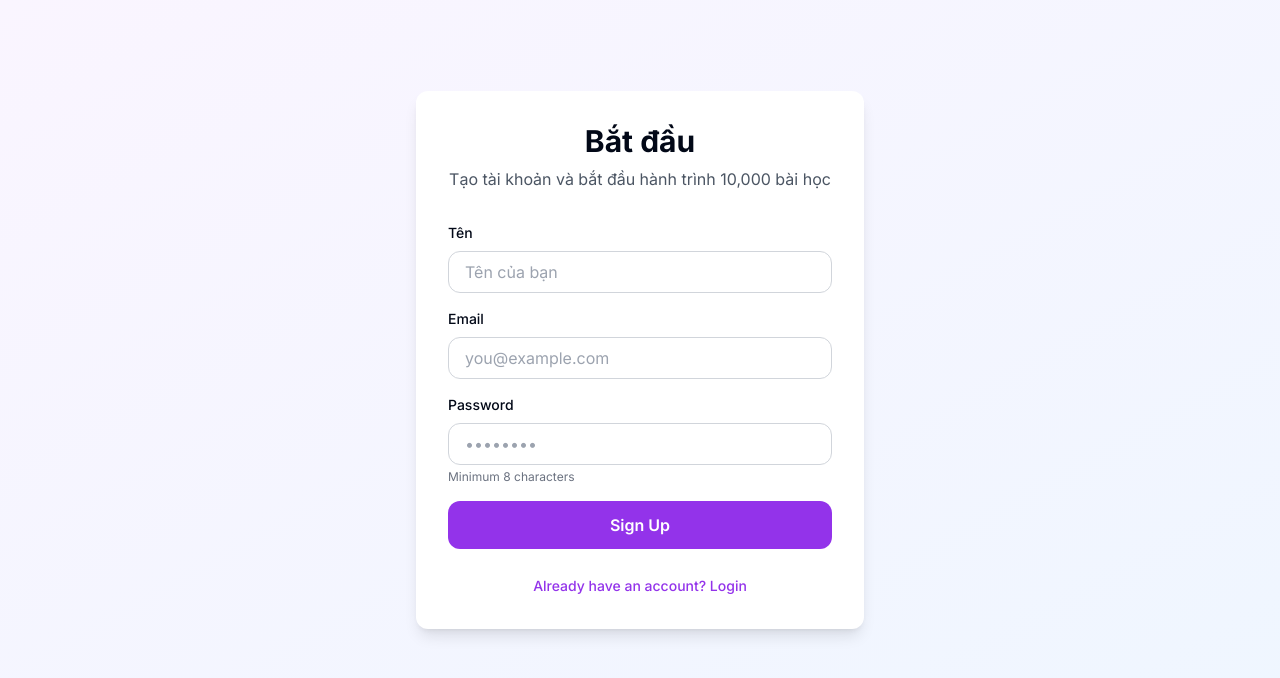
Repository: mac23080131/life-lessons
Page: /signup (app in apps/web/)
An editor plug-in stored every save of this project. The page is shown before and after the next save, followed by the edit.
The browser window is 1280 px wide. The pictures show the whole page.
The page's requests for data from a server got no answer. The project was rebuilt for these pictures with package versions that can differ from the ones it lists, and the page was loaded fresh each time. The framework's server and built-in components were replaced by stand-ins that run in the browser. No one was signed in, and anything a server would have sent is missing. Also part of the build but not shown: apps/web/next.config.js.

Above is the page before, as saved 2025-10-18 19:13:12.

### apps/web/src/app/layout.tsx
import type { Metadata } from 'next';
import { Inter } from 'next/font/google';
import './globals.css';
import { Providers } from './providers';

const inter = Inter({ subsets: ['latin'] });

export const metadata: Metadata = {
  title: 'Life Lessons - Track Your 10,000 Lessons Journey',
  description: 'Personal growth application for capturing, analyzing, and learning from life experiences',
};

export default function RootLayout({
  children,
}: {
  children: React.ReactNode;
}) {
  return (
    <html lang="vi" suppressHydrationWarning>
      <body className={inter.className}>
        <Providers>{children}</Providers>
      </body>
    </html>
  );
}

### apps/web/src/app/(auth)/layout.tsx
'use client';

import { useEffect } from 'react';
import { useRouter } from 'next/navigation';
import { useAuthStore } from '@/lib/store/auth-store';

export default function AuthLayout({
  children,
}: {
  children: React.ReactNode;
}) {
  const router = useRouter();
  const isAuthenticated = useAuthStore((state) => state.isAuthenticated());

  useEffect(() => {
    // If already logged in, redirect to dashboard
    if (isAuthenticated) {
      router.replace('/dashboard');
    }
  }, [isAuthenticated, router]);

  // Don't render children if redirecting
  if (isAuthenticated) {
    return null;
  }

  return <>{children}</>;
}

### apps/web/src/app/(auth)/signup/page.tsx
'use client';

import { useState } from 'react';
import Link from 'next/link';
import { useAuth } from '@/lib/hooks/useAuth';
import { useTranslation } from '@/lib/hooks/useTranslation';

export default function SignupPage() {
  const [email, setEmail] = useState('');
  const [password, setPassword] = useState('');
  const [name, setName] = useState('');
  const { signup, isSignupLoading, signupError } = useAuth();
  const { t } = useTranslation();

  const handleSubmit = (e: React.FormEvent) => {
    e.preventDefault();
    signup({ email, password, name });
  };

  return (
    <div className="min-h-screen flex items-center justify-center bg-gradient-to-br from-purple-50 to-blue-50 dark:from-gray-900 dark:to-gray-800 p-4" suppressHydrationWarning>
      <div className="w-full max-w-md">
        <div className="bg-white dark:bg-gray-800 rounded-lg shadow-lg p-8">
          <h1 className="text-3xl font-bold text-center mb-2">{t('auth.getStarted')}</h1>
          <p className="text-gray-600 dark:text-gray-400 text-center mb-8">
            {t('auth.signupSubtitle')}
          </p>

          {signupError && (
            <div className="mb-4 p-3 bg-red-50 dark:bg-red-900/20 border border-red-200 dark:border-red-800 rounded-lg text-red-700 dark:text-red-400 text-sm">
              {(signupError as any)?.response?.data?.message || t('auth.signupError')}
            </div>
          )}

          <form onSubmit={handleSubmit} className="space-y-4">
            <div>
              <label htmlFor="name" className="block text-sm font-medium mb-2">
                {t('auth.name')}
              </label>
              <input
                id="name"
                type="text"
                value={name}
                onChange={(e) => setName(e.target.value)}
                className="w-full px-4 py-2 border border-gray-300 dark:border-gray-600 rounded-lg focus:ring-2 focus:ring-purple-500 focus:border-transparent dark:bg-gray-700"
                placeholder={t('auth.namePlaceholder')}
              />
            </div>

            <div>
              <label htmlFor="email" className="block text-sm font-medium mb-2">
                {t('auth.email')}
              </label>
              <input
                id="email"
                type="email"
                value={email}
                onChange={(e) => setEmail(e.target.value)}
                className="w-full px-4 py-2 border border-gray-300 dark:border-gray-600 rounded-lg focus:ring-2 focus:ring-purple-500 focus:border-transparent dark:bg-gray-700"
                placeholder={t('auth.emailPlaceholder')}
                required
              />
            </div>

            <div>
              <label htmlFor="password" className="block text-sm font-medium mb-2">
                Password
              </label>
              <input
                id="password"
                type="password"
                value={password}
                onChange={(e) => setPassword(e.target.value)}
                className="w-full px-4 py-2 border border-gray-300 dark:border-gray-600 rounded-lg focus:ring-2 focus:ring-purple-500 focus:border-transparent dark:bg-gray-700"
                placeholder="••••••••"
                required
                minLength={8}
              />
              <p className="text-xs text-gray-500 mt-1">Minimum 8 characters</p>
            </div>

            <button
              type="submit"
              disabled={isSignupLoading}
              className="w-full py-3 bg-purple-600 text-white rounded-lg hover:bg-purple-700 disabled:opacity-50 disabled:cursor-not-allowed font-semibold transition-colors"
            >
              {isSignupLoading ? 'Creating account...' : 'Sign Up'}
            </button>
          </form>

          <div className="mt-6 text-center">
            <Link
              href="/login"
              className="text-purple-600 hover:text-purple-700 text-sm font-medium"
            >
              Already have an account? Login
            </Link>
          </div>
        </div>
      </div>
    </div>
  );
}

### apps/web/src/app/globals.css
@tailwind base;
@tailwind components;
@tailwind utilities;

@layer base {
  :root {
    --background: 0 0% 100%;
    --foreground: 222.2 84% 4.9%;
    --card: 0 0% 100%;
    --card-foreground: 222.2 84% 4.9%;
    --popover: 0 0% 100%;
    --popover-foreground: 222.2 84% 4.9%;
    --primary: 262 83% 58%;
    --primary-foreground: 0 0% 100%;
    --secondary: 210 40% 96.1%;
    --secondary-foreground: 222.2 47.4% 11.2%;
    --muted: 210 40% 96.1%;
    --muted-foreground: 215.4 16.3% 46.9%;
    --accent: 210 40% 96.1%;
    --accent-foreground: 222.2 47.4% 11.2%;
    --destructive: 0 84.2% 60.2%;
    --destructive-foreground: 210 40% 98%;
    --border: 214.3 31.8% 91.4%;
    --input: 214.3 31.8% 91.4%;
    --ring: 262 83% 58%;
    --radius: 0.75rem;

    /* Modern gradient colors */
    --gradient-purple: 262 83% 58%;
    --gradient-blue: 217 91% 60%;
    --gradient-pink: 336 84% 65%;
    --gradient-orange: 25 95% 53%;
  }

  .dark {
    --background: 224 71% 4%;
    --foreground: 213 31% 91%;
    --card: 224 71% 4%;
    --card-foreground: 213 31% 91%;
    --popover: 224 71% 4%;
    --popover-foreground: 213 31% 91%;
    --primary: 263 70% 50%;
    --primary-foreground: 0 0% 100%;
    --secondary: 222 47% 11%;
    --secondary-foreground: 213 31% 91%;
    --muted: 223 47% 11%;
    --muted-foreground: 215.4 16.3% 56.9%;
    --accent: 216 34% 17%;
    --accent-foreground: 210 40% 98%;
    --destructive: 0 63% 31%;
    --destructive-foreground: 210 40% 98%;
    --border: 216 34% 17%;
    --input: 216 34% 17%;
    --ring: 263 70% 50%;

    /* Dark mode gradients */
    --gradient-purple: 263 70% 50%;
    --gradient-blue: 217 91% 60%;
    --gradient-pink: 336 84% 65%;
    --gradient-orange: 25 95% 53%;
  }
}

@layer base {
  * {
    @apply border-border;
  }

  body {
    @apply bg-background text-foreground;
    font-feature-settings: "rlig" 1, "calt" 1;
  }

  /* Smooth scrolling */
  html {
    scroll-behavior: smooth;
  }

  /* Custom scrollbar */
  ::-webkit-scrollbar {
    width: 8px;
    height: 8px;
  }

  ::-webkit-scrollbar-track {
    @apply bg-muted/20;
  }

  ::-webkit-scrollbar-thumb {
    @apply bg-muted-foreground/30 rounded-full;
  }

  ::-webkit-scrollbar-thumb:hover {
    @apply bg-muted-foreground/50;
  }
}

@layer components {
  /* Glassmorphism card */
  .glass-card {
    @apply bg-white/70 dark:bg-gray-900/70 backdrop-blur-xl border border-white/20 dark:border-gray-800/50 shadow-glass;
  }

  /* Gradient background */
  .gradient-bg {
    background: linear-gradient(135deg,
      hsl(var(--gradient-purple)) 0%,
      hsl(var(--gradient-blue)) 50%,
      hsl(var(--gradient-pink)) 100%
    );
  }

  .gradient-bg-2 {
    background: linear-gradient(135deg,
      hsl(var(--gradient-orange)) 0%,
      hsl(var(--gradient-pink)) 50%,
      hsl(var(--gradient-purple)) 100%
    );
  }

  /* Animated gradient */
  .gradient-animated {
    background: linear-gradient(
      -45deg,
      hsl(var(--gradient-purple)),
      hsl(var(--gradient-blue)),
      hsl(var(--gradient-pink)),
      hsl(var(--gradient-orange))
    );
    background-size: 400% 400%;
    animation: gradient-shift 15s ease infinite;
  }

  @keyframes gradient-shift {
    0% { background-position: 0% 50%; }
    50% { background-position: 100% 50%; }
    100% { background-position: 0% 50%; }
  }

  /* Shimmer effect for loading skeletons */
  .shimmer {
    background: linear-gradient(
      90deg,
      rgba(255, 255, 255, 0) 0%,
      rgba(255, 255, 255, 0.2) 20%,
      rgba(255, 255, 255, 0.5) 60%,
      rgba(255, 255, 255, 0)
    );
    background-size: 200% 100%;
    animation: shimmer 2s infinite;
  }

  .dark .shimmer {
    background: linear-gradient(
      90deg,
      rgba(255, 255, 255, 0) 0%,
      rgba(255, 255, 255, 0.03) 20%,
      rgba(255, 255, 255, 0.08) 60%,
      rgba(255, 255, 255, 0)
    );
    background-size: 200% 100%;
  }

  /* Modern button hover effect */
  .btn-modern {
    @apply relative overflow-hidden;
  }

  .btn-modern::before {
    content: '';
    @apply absolute inset-0 bg-white/20 translate-y-full transition-transform duration-300;
  }

  .btn-modern:hover::before {
    @apply translate-y-0;
  }

  /* Bento grid layout */
  .bento-grid {
    @apply grid gap-4 md:gap-6;
    grid-template-columns: repeat(auto-fit, minmax(280px, 1fr));
    grid-auto-rows: 200px;
  }

  .bento-item {
    @apply rounded-2xl overflow-hidden;
  }

  .bento-item-tall {
    grid-row: span 2;
  }

  .bento-item-wide {
    grid-column: span 2;
  }
}

@layer utilities {
  /* Text gradients */
  .text-gradient {
    @apply bg-clip-text text-transparent bg-gradient-to-r from-purple-600 via-blue-500 to-pink-500;
  }

  .text-gradient-2 {
    @apply bg-clip-text text-transparent bg-gradient-to-r from-orange-500 via-pink-500 to-purple-600;
  }

  /* Glow effects */
  .glow-purple {
    box-shadow: 0 0 20px hsl(var(--gradient-purple) / 0.5);
  }

  .glow-blue {
    box-shadow: 0 0 20px hsl(var(--gradient-blue) / 0.5);
  }

  /* Focus visible styles */
  .focus-ring {
    @apply focus-visible:outline-none focus-visible:ring-2 focus-visible:ring-ring focus-visible:ring-offset-2 focus-visible:ring-offset-background;
  }
}

### apps/web/src/app/providers.tsx
'use client';

import { QueryClient, QueryClientProvider } from '@tanstack/react-query';
import { useState } from 'react';
import { Toaster } from 'sonner';

export function Providers({ children }: { children: React.ReactNode }) {
  const [queryClient] = useState(
    () =>
      new QueryClient({
        defaultOptions: {
          queries: {
            staleTime: 60 * 1000, // 1 minute
            retry: 1,
          },
        },
      })
  );

  return (
    <QueryClientProvider client={queryClient}>
      {children}
      <Toaster
        position="top-right"
        richColors
        closeButton
        toastOptions={{
          style: {
            background: 'hsl(var(--background))',
            color: 'hsl(var(--foreground))',
            border: '1px solid hsl(var(--border))',
          },
        }}
      />
    </QueryClientProvider>
  );
}

### apps/web/src/lib/store/auth-store.ts
import { create } from 'zustand';
import { persist } from 'zustand/middleware';

interface User {
  id: string;
  email: string;
  name?: string;
  locale?: string;
  tz?: string;
}

interface AuthState {
  user: User | null;
  accessToken: string | null;
  refreshToken: string | null;
  setAuth: (user: User, accessToken: string, refreshToken: string) => void;
  clearAuth: () => void;
  isAuthenticated: () => boolean;
}

export const useAuthStore = create<AuthState>()(
  persist(
    (set, get) => ({
      user: null,
      accessToken: null,
      refreshToken: null,

      setAuth: (user, accessToken, refreshToken) => {
        set({ user, accessToken, refreshToken });
        if (typeof window !== 'undefined') {
          localStorage.setItem('accessToken', accessToken);
          localStorage.setItem('refreshToken', refreshToken);
        }
      },

      clearAuth: () => {
        set({ user: null, accessToken: null, refreshToken: null });
        if (typeof window !== 'undefined') {
          localStorage.removeItem('accessToken');
          localStorage.removeItem('refreshToken');
        }
      },

      isAuthenticated: () => {
        const { accessToken } = get();
        return accessToken !== null;
      },
    }),
    {
      name: 'auth-storage',
    }
  )
);

### apps/web/src/lib/hooks/useAuth.ts
import { useQuery, useMutation, useQueryClient } from '@tanstack/react-query';
import { authApi } from '../api-client';
import { useAuthStore } from '../store/auth-store';
import { useRouter } from 'next/navigation';

export function useAuth() {
  const { user, setAuth, clearAuth, isAuthenticated } = useAuthStore();
  const queryClient = useQueryClient();
  const router = useRouter();

  const loginMutation = useMutation({
    mutationFn: authApi.login,
    onSuccess: (data) => {
      setAuth(data.user, data.accessToken, data.refreshToken);
      queryClient.invalidateQueries({ queryKey: ['user'] });
      router.push('/dashboard');
    },
  });

  const signupMutation = useMutation({
    mutationFn: authApi.signup,
    onSuccess: (data) => {
      setAuth(data.user, data.accessToken, data.refreshToken);
      queryClient.invalidateQueries({ queryKey: ['user'] });
      router.push('/dashboard');
    },
  });

  const logout = () => {
    clearAuth();
    queryClient.clear();
    router.push('/login');
  };

  const { data: currentUser, isLoading } = useQuery({
    queryKey: ['user'],
    queryFn: authApi.getMe,
    enabled: isAuthenticated(),
    retry: false,
  });

  return {
    user: currentUser || user,
    isAuthenticated: isAuthenticated(),
    isLoading,
    login: loginMutation.mutate,
    signup: signupMutation.mutate,
    logout,
    loginError: loginMutation.error,
    signupError: signupMutation.error,
    isLoginLoading: loginMutation.isPending,
    isSignupLoading: signupMutation.isPending,
  };
}

### apps/web/src/lib/hooks/useTranslation.ts
'use client';

import { useState, useEffect } from 'react';
import enMessages from '@/messages/en.json';
import viMessages from '@/messages/vi.json';

type Messages = typeof enMessages;
type MessageKeys = keyof Messages;

export function useTranslation() {
  const [locale, setLocale] = useState<'en' | 'vi'>('vi');
  const [messages, setMessages] = useState<Messages>(viMessages);

  useEffect(() => {
    // Load locale from localStorage
    if (typeof window !== 'undefined') {
      const savedLocale = localStorage.getItem('locale') as 'en' | 'vi' | null;
      if (savedLocale) {
        setLocale(savedLocale);
        setMessages(savedLocale === 'en' ? enMessages : viMessages);
      }

      // Listen for locale changes
      const handleStorageChange = (e: StorageEvent) => {
        if (e.key === 'locale' && e.newValue) {
          const newLocale = e.newValue as 'en' | 'vi';
          setLocale(newLocale);
          setMessages(newLocale === 'en' ? enMessages : viMessages);
        }
      };

      window.addEventListener('storage', handleStorageChange);
      return () => window.removeEventListener('storage', handleStorageChange);
    }
  }, []);

  // Helper function to get nested translations
  const t = (key: string): string => {
    const keys = key.split('.');
    let value: any = messages;

    for (const k of keys) {
      if (value && typeof value === 'object' && k in value) {
        value = value[k];
      } else {
        return key; // Return key if translation not found
      }
    }

    return typeof value === 'string' ? value : key;
  };

  return { t, locale, messages };
}

### apps/web/src/lib/api-client.ts
import axios from 'axios';

const API_BASE_URL = process.env.NEXT_PUBLIC_API_BASE_URL || 'http://localhost:3001';

export const apiClient = axios.create({
  baseURL: `${API_BASE_URL}/api`,
  headers: {
    'Content-Type': 'application/json',
  },
});

// Request interceptor to add auth token
apiClient.interceptors.request.use(
  (config) => {
    if (typeof window !== 'undefined') {
      const token = localStorage.getItem('accessToken');
      if (token) {
        config.headers.Authorization = `Bearer ${token}`;
      }
    }
    return config;
  },
  (error) => {
    return Promise.reject(error);
  }
);

// Response interceptor to handle auth errors
apiClient.interceptors.response.use(
  (response) => response,
  async (error) => {
    if (error.response?.status === 401 && typeof window !== 'undefined') {
      // Token expired, try to refresh
      const refreshToken = localStorage.getItem('refreshToken');

      if (refreshToken) {
        try {
          const response = await axios.post(`${API_BASE_URL}/api/auth/refresh`, {
            refreshToken,
          });

          const { accessToken } = response.data;
          localStorage.setItem('accessToken', accessToken);

          // Retry original request
          error.config.headers.Authorization = `Bearer ${accessToken}`;
          return axios(error.config);
        } catch (refreshError) {
          // Refresh failed, redirect to login
          localStorage.removeItem('accessToken');
          localStorage.removeItem('refreshToken');
          window.location.href = '/login';
        }
      } else {
        // No refresh token, redirect to login
        window.location.href = '/login';
      }
    }

    return Promise.reject(error);
  }
);

// Auth API
export const authApi = {
  signup: async (data: { email: string; password: string; name?: string }) => {
    const response = await apiClient.post('/auth/signup', data);
    return response.data;
  },

  login: async (data: { email: string; password: string }) => {
    const response = await apiClient.post('/auth/login', data);
    return response.data;
  },

  getMe: async () => {
    const response = await apiClient.get('/me');
    return response.data;
  },
};

// Lessons API
export const lessonsApi = {
  getAll: async (params?: {
    q?: string;
    domain?: string;
    tag?: string;
    from?: string;
    to?: string;
    limit?: number;
    offset?: number;
  }) => {
    const response = await apiClient.get('/lessons', { params });
    return response.data;
  },

  getOne: async (id: string) => {
    const response = await apiClient.get(`/lessons/${id}`);
    return response.data;
  },

  create: async (data: any) => {
    const response = await apiClient.post('/lessons', data);
    return response.data;
  },

  update: async (id: string, data: any) => {
    const response = await apiClient.patch(`/lessons/${id}`, data);
    return response.data;
  },

  delete: async (id: string) => {
    const response = await apiClient.delete(`/lessons/${id}`);
    return response.data;
  },

  analyze: async (id: string) => {
    const response = await apiClient.post(`/ai/lessons/${id}/analyze`);
    return response.data;
  },

  createShareLink: async (id: string) => {
    const response = await apiClient.post(`/lessons/${id}/share`);
    return response.data;
  },
};

// Goals API
export const goalsApi = {
  getMy: async () => {
    const response = await apiClient.get('/goals/my');
    return response.data;
  },

  create: async (data?: { target?: number; sprintSize?: number; cadence?: string }) => {
    const response = await apiClient.post('/goals', data || { target: 10000, sprintSize: 100, cadence: 'daily' });
    return response.data;
  },

  getRoadmap: async (id: string) => {
    const response = await apiClient.get(`/goals/${id}/roadmap`);
    return response.data;
  },
};

// Analytics API
export const analyticsApi = {
  getOverview: async () => {
    const response = await apiClient.get('/analytics/overview');
    return response.data;
  },
};

Loaded but not shown: apps/web/src/messages/en.json (110 lines, source omitted); apps/web/src/messages/vi.json (110 lines, source omitted); apps/web/tailwind.config.js (169 lines, source omitted)

After the next save:
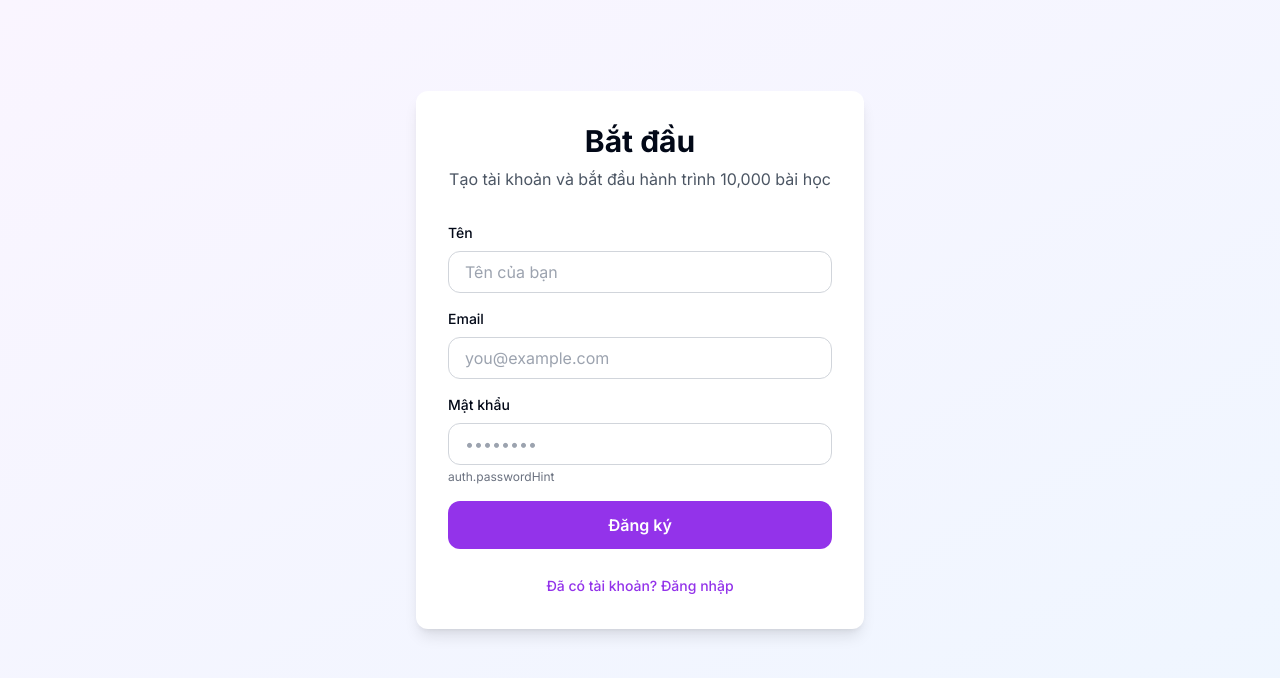
Saved 17 s later.
--- a/apps/web/src/app/(auth)/signup/page.tsx
+++ b/apps/web/src/app/(auth)/signup/page.tsx
@@ -64,7 +64,7 @@ export default function SignupPage() {
 
             <div>
               <label htmlFor="password" className="block text-sm font-medium mb-2">
-                Password
+                {t('auth.password')}
               </label>
               <input
                 id="password"
@@ -72,11 +72,11 @@ export default function SignupPage() {
                 value={password}
                 onChange={(e) => setPassword(e.target.value)}
                 className="w-full px-4 py-2 border border-gray-300 dark:border-gray-600 rounded-lg focus:ring-2 focus:ring-purple-500 focus:border-transparent dark:bg-gray-700"
-                placeholder="••••••••"
+                placeholder={t('auth.passwordPlaceholder')}
                 required
                 minLength={8}
               />
-              <p className="text-xs text-gray-500 mt-1">Minimum 8 characters</p>
+              <p className="text-xs text-gray-500 mt-1">{t('auth.passwordHint') || 'Minimum 8 characters'}</p>
             </div>
 
             <button
@@ -84,7 +84,7 @@ export default function SignupPage() {
               disabled={isSignupLoading}
               className="w-full py-3 bg-purple-600 text-white rounded-lg hover:bg-purple-700 disabled:opacity-50 disabled:cursor-not-allowed font-semibold transition-colors"
             >
-              {isSignupLoading ? 'Creating account...' : 'Sign Up'}
+              {isSignupLoading ? t('auth.signingUp') : t('auth.signupButton')}
             </button>
           </form>
 
@@ -93,7 +93,7 @@ export default function SignupPage() {
               href="/login"
               className="text-purple-600 hover:text-purple-700 text-sm font-medium"
             >
-              Already have an account? Login
+              {t('auth.haveAccount')} {t('auth.loginButton')}
             </Link>
           </div>
         </div>
